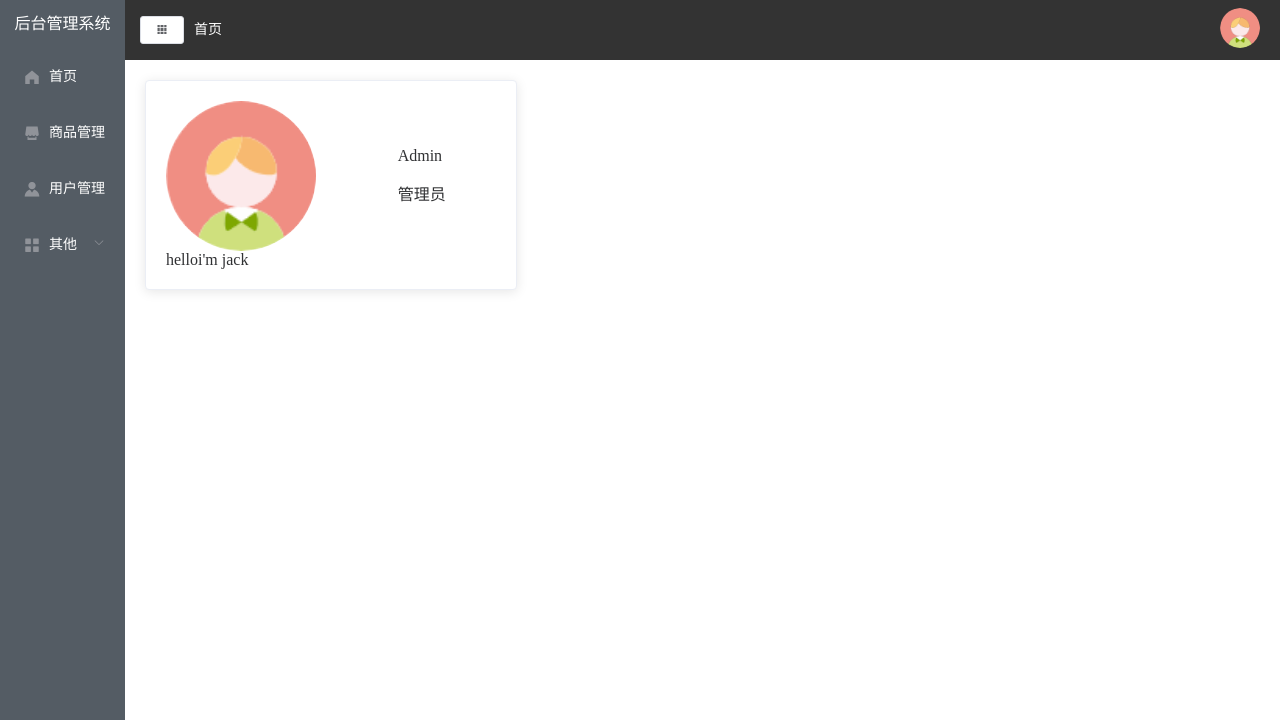
Repository: tkqi/manage
Page: /
These files come from the project's save history. The page is drawn as it stood at one moment and after the next save; the edit follows.
The browser window is 1280 px wide. The pictures show the whole page.
The project was rebuilt for these pictures with package versions that can differ from the ones it lists, and the page was loaded fresh each time. Also part of the build but not shown: vue.config.js.

Above is the page before, as saved 2023-12-03 15:35:49.

After the next save:
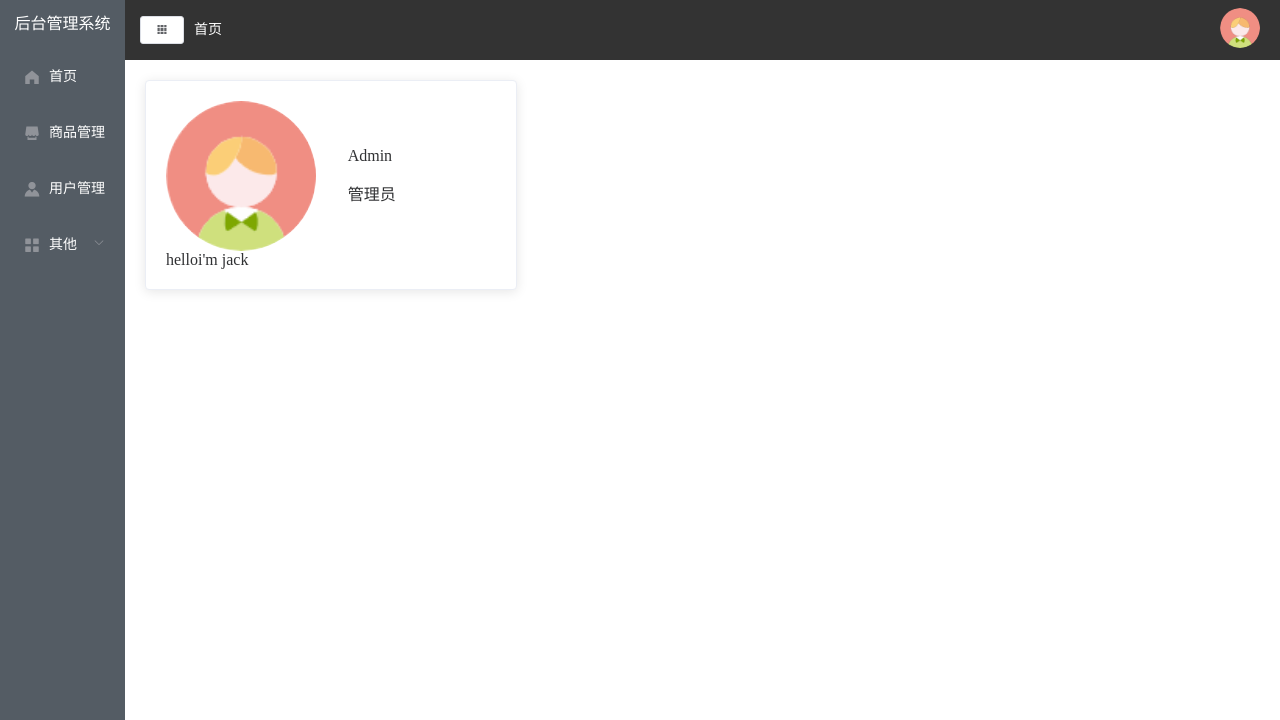
Saved 6 s later.
--- a/src/views/Home.vue
+++ b/src/views/Home.vue
@@ -38,7 +38,7 @@ export default {
     display: flex;
     justify-content: space-between;
     align-items: center;
-    padding-right: 50px;
+    padding-right: 100px;
     .user-info{
 
     }
